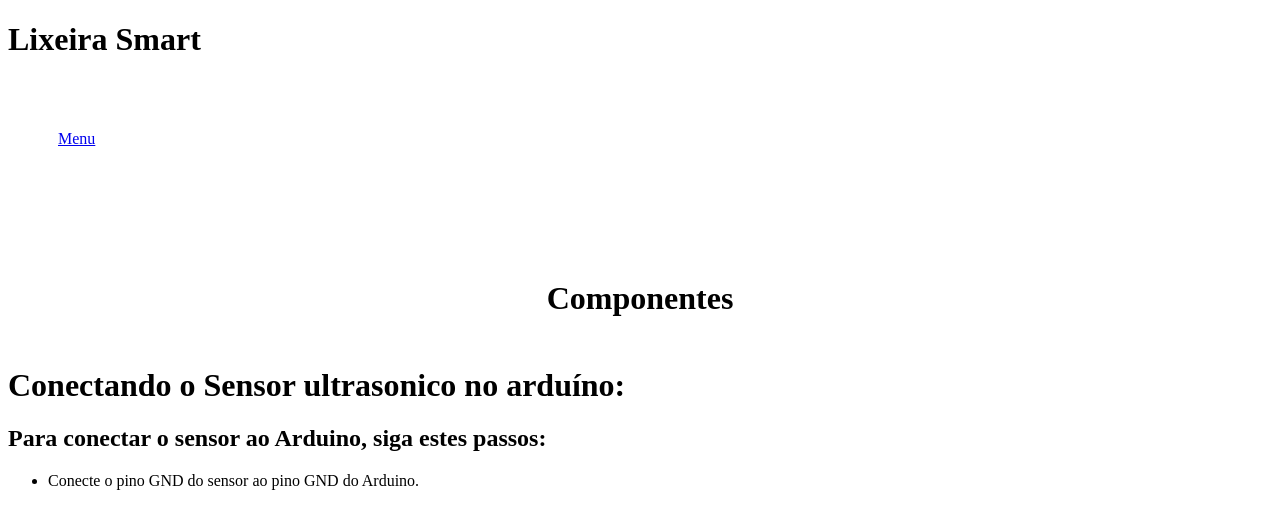
Repository: Eito2511/Site-tutorial-arduino
Page: tutorial.html
These files come from the project's save history. The page is drawn as it stood at one moment and after the next save; the edit follows.
The browser window is 1280 px wide. The pictures show the whole page.

Above is the page before, as saved 2025-06-03 18:12:41.

After the next save:
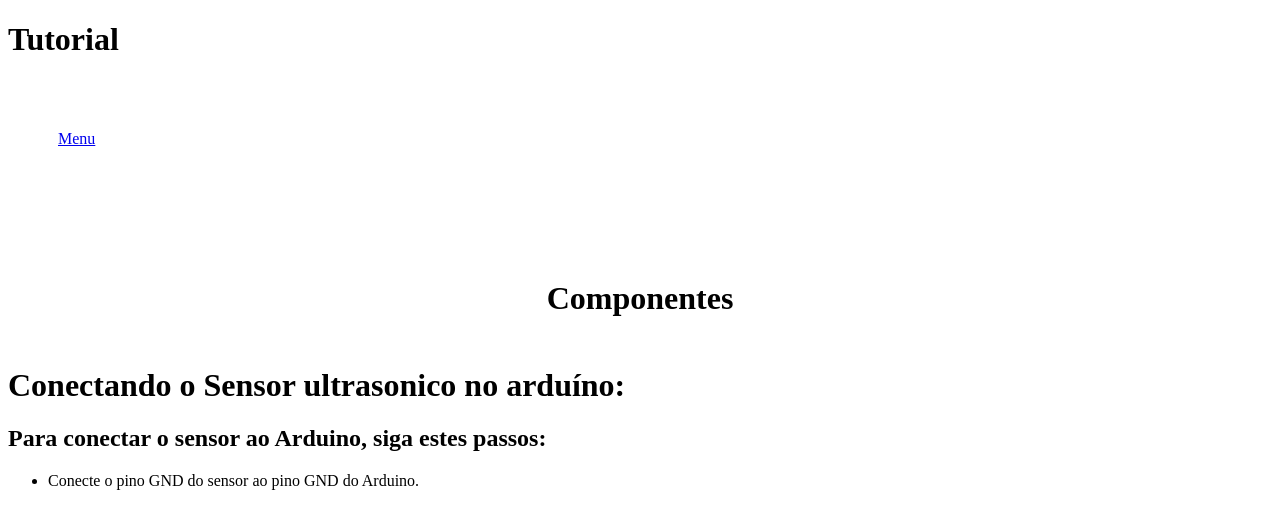
Saved 11 s later.
--- a/tutorial.html
+++ b/tutorial.html
@@ -7,7 +7,7 @@
 </head>
 <body>
     <header>
-      <h1 class="titulo">Lixeira Smart</h1>
+      <h1 class="titulo">Tutorial</h1>
     </header>
 
     <section style="height: 50px; padding: 50px">
